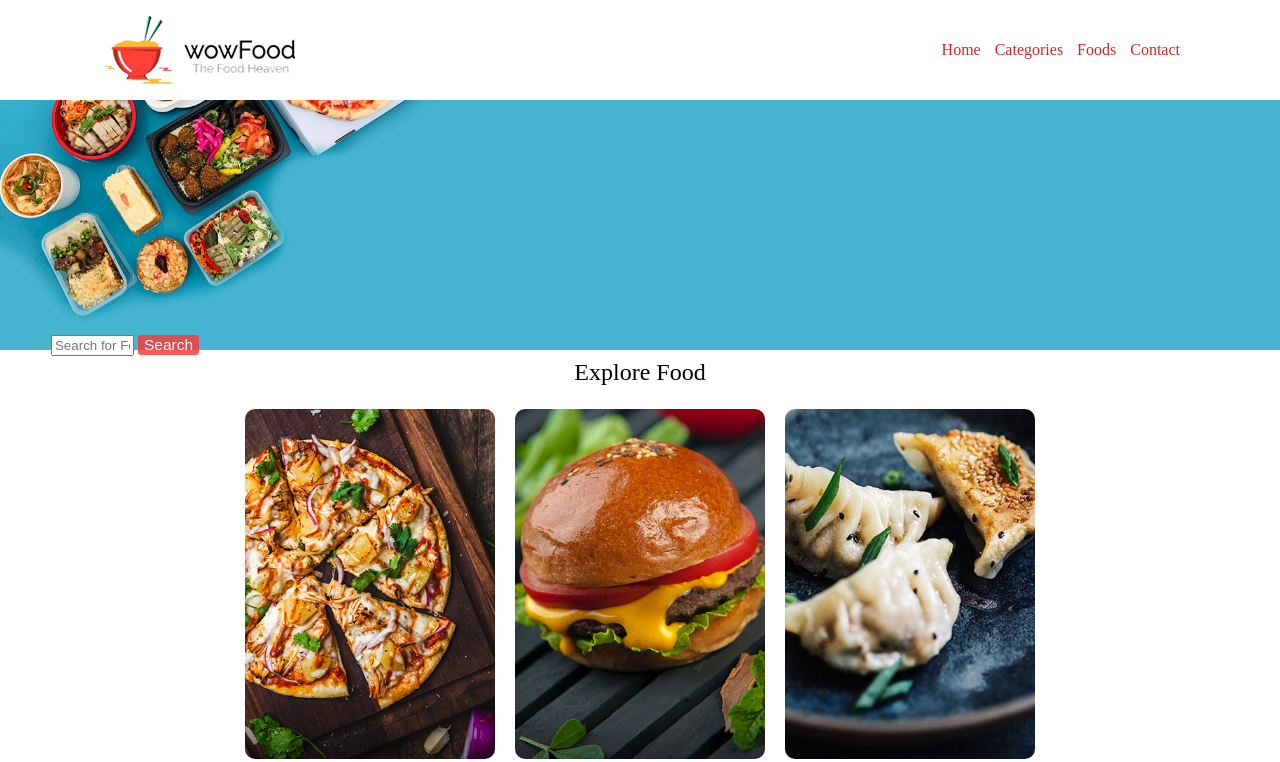
Repository: ruaruababa/WowFood
Page: index.html
These files come from the project's save history. The page is drawn as it stood at one moment and after a run of saves; the edit follows.
The browser window is 1280 px wide. The pictures show the whole page.

Above is the page before, as saved 2021-09-17 23:12:26.

### index.html
<!DOCTYPE html>
<html lang="en">

<head>
    <meta charset="UTF-8" />
    <meta http-equiv="X-UA-Compatible" content="IE=edge" />
    <meta name="viewport" content="width=device-width, initial-scale=1.0" />
    <title>Document</title>
    <link rel="stylesheet" href="./style.css" />
    <link rel="stylesheet" href="./reset.css" />
</head>

<body>
    <header>
        <div class="container-header">
            <div class="header-left">
                <img src="./img/logo.png" alt="" />
            </div>
            <div class="header-right">
                <ul class="nav">
                    <li class="item"><a href="">Home</a></li>
                    <li class="item"><a href="">Categories</a></li>
                    <li class="item"><a href="">Foods</a></li>
                    <li class="item"><a href="">Contact</a></li>
                </ul>
            </div>
        </div>
    </header>
    <nav>
        <div class="container-nav">
            <div class="background-search">
                <img src="./img/bg.jpg" alt="bgr-search" />
            </div>
            <div class="form">
                <input type="text" placeholder="Search for Food ..." class="input-search" />
                <input type="button" value="Search" class="btn-search" />
            </div>
        </div>
    </nav>
    <section>
        <div class="container-section">
            <div class="explore-food">Explore Food</div>
            <div class="collection-food">
                <ul class="list-food">
                    <li class="item"><img src="./img/pizza.jpg" alt="" /></li>
                    <li class="item"><img src="./img/burger.jpg" alt="" /></li>
                    <li class="item"><img src="./img/momo.jpg" alt="" /></li>
                </ul>
            </div>
        </div>
    </section>
</body>

</html>

### style.css
.container-header{
    display: flex;
    justify-content: space-between;
    align-items: center;
    margin-top: 15px;
}
.header-left{
    display: flex;
    margin-left: 100px;
}
.header-left img {
}
.name-brand{
    margin-top: 50%;
}

.header-right{
    margin-right: 100px;
}
.nav{
    list-style: none;
}
.nav li{
    display: inline;
    padding-left: 10px;
}
.nav li a {
    text-decoration: none;
    color: rgb(211, 38, 38);
}
nav{
    position: relative;
    max-width: 100%;
    max-height: 100%;
    height: 250px;
}
.container-nav {
    text-align: center;
}
.background-search {
    height: 250px;
}
.background-search img{
    margin-top: 15px;
    height: inherit;
    width: 100%;
    object-fit: cover;
}
.form{
    position: absolute;
    margin: 0 auto;
}
.input-search{
    width: 30%;
}
.btn-search{
    background-color: rgba(250, 59, 59, 0.849);
    border: none;
    border-radius: 3px;
    font-size: 15.5px;
    color: white;
}
.list-food{
    display: flex;
    justify-content: center;
    column-gap: 20px;
}
.explore-food{
    font-size: 24px;
    text-align: center;
    padding: 25px 0;
}
.list-food li {
    width: 250px;
    height: 350px;
}

.list-food li img {
    width: 100%;
    height: 100%;
    object-fit: cover;
    border-radius: 10px;
}

Loaded but not shown: reset.css (common file)

After the next 2 saves:
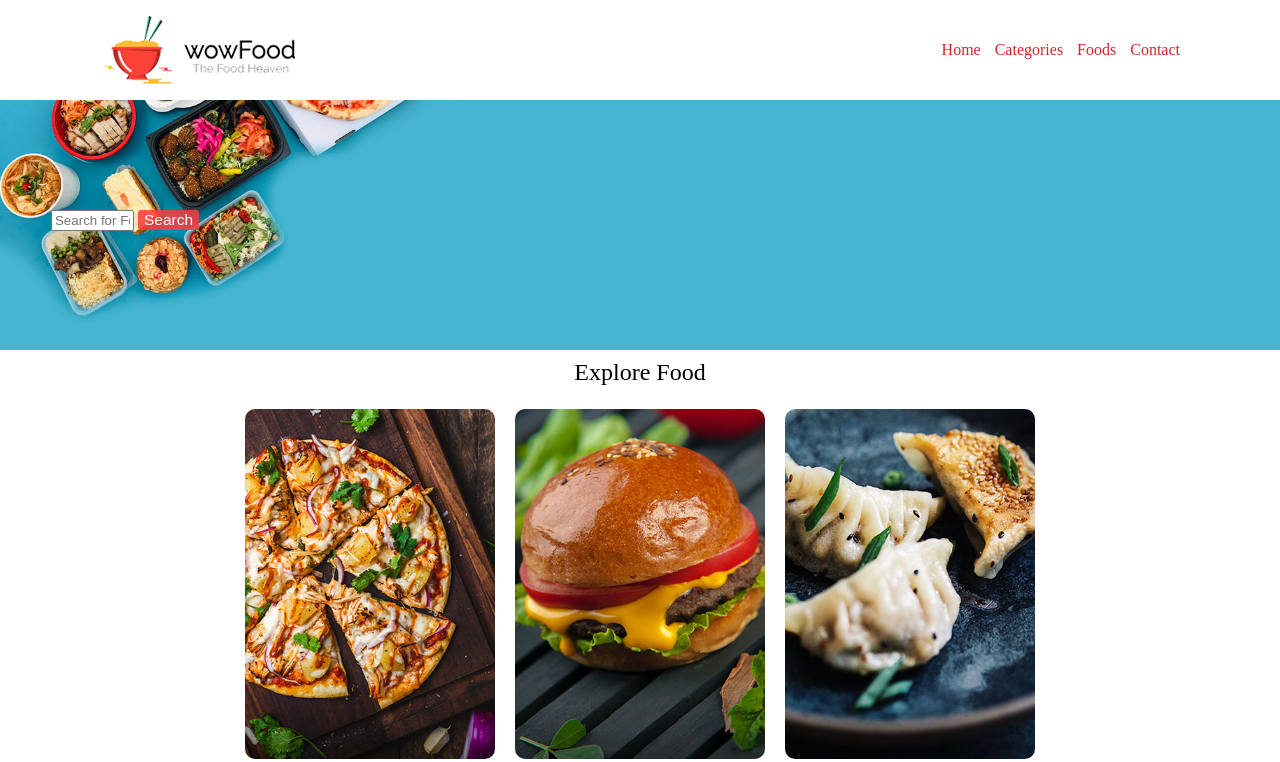
The 2 saves are shown as one change because they came seconds apart.
The last was saved 19 s later.
--- a/style.css
+++ b/style.css
@@ -48,7 +48,8 @@ nav{
 }
 .form{
     position: absolute;
-    margin: 0 auto;
+    top: 50%;
+
 }
 .input-search{
     width: 30%;
